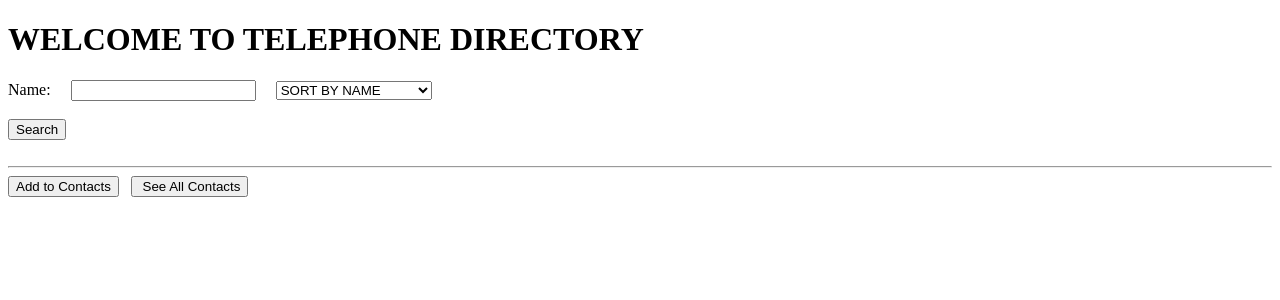
Repository: nikhilbad7/jsp-practicals
Page: classwork/WebContent/exp13.html
An editor plug-in stored every save of this project. The page is shown before and after the next save, followed by the edit.
The browser window is 1280 px wide. The pictures show the whole page.

Above is the page before, as saved 2018-04-12 12:08:49.

After the next save:
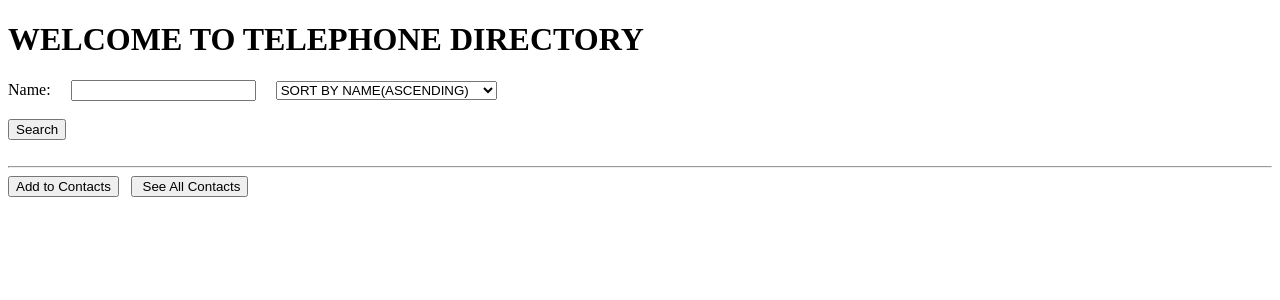
Saved 34 s later.
--- a/classwork/WebContent/exp13.html
+++ b/classwork/WebContent/exp13.html
@@ -16,8 +16,8 @@
 		<form action="exp13search.jsp">
 			Name: &nbsp;&nbsp;&nbsp; <input type="text" name="name" /> &nbsp;&nbsp;&nbsp;
 			<select name="sort">
-				<option value="SORT BY NAME(ASC)">SORT BY NAME</option>
-				<option value="SORT BY NAME(DESC)">SORT BY PHONE NO</option>
+				<option value="SORT BY NAME(ASC)">SORT BY NAME(ASCENDING)</option>
+				<option value="SORT BY NAME(DESC)">SORT BY NAME(DESCENDING)</option>
 			</select><br/><br/>
 			<input type="submit" value="Search" />
 		</form>
